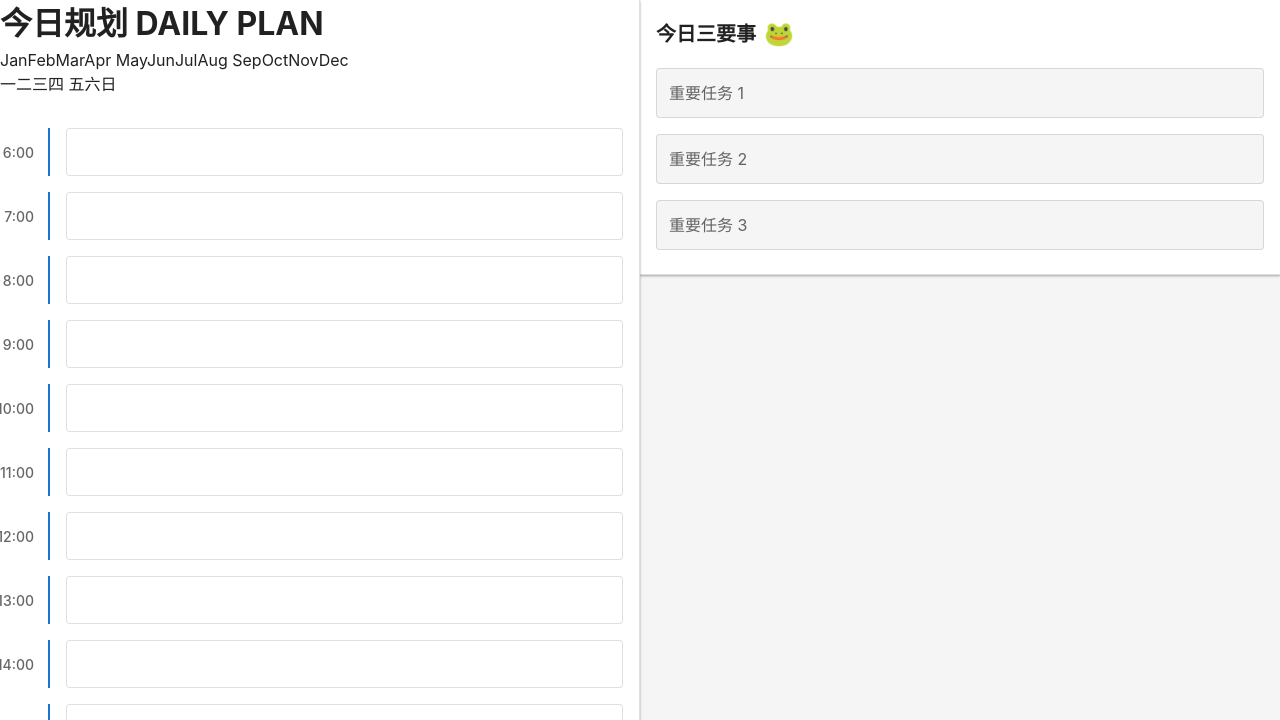
Repository: a6288a/Daily-Planner
Page: index.html
These files come from the project's save history. The page is drawn as it stood at one moment and after the next save; the edit follows.
The browser window is 1280 px wide. The pictures show the whole page.
An inner scrolling area shows only its first screen.

Above is the page before, as saved 2024-12-10 15:56:48.

### index.html
<!DOCTYPE html>
<html lang="zh">
<head>
    <meta charset="UTF-8">
    <meta name="viewport" content="width=device-width, initial-scale=1.0">
    <title>每日规划笔记本</title>
    <link rel="stylesheet" href="styles.css">
</head>
<body>
    <div class="container">
        <!-- 左侧时间轴区域 -->
        <div class="timeline-area">
            <!-- 顶部日期区域 -->
            <div class="date-header">
                <h1 class="page-title">今日规划 DAILY PLAN</h1>
                <div class="calendar">
                    <div class="month-grid">
                        <span>Jan</span><span>Feb</span><span>Mar</span><span>Apr</span>
                        <span>May</span><span>Jun</span><span>Jul</span><span>Aug</span>
                        <span>Sep</span><span>Oct</span><span>Nov</span><span>Dec</span>
                    </div>
                    <div class="weekday-row">
                        <span>一</span><span>二</span><span>三</span><span>四</span>
                        <span>五</span><span>六</span><span>日</span>
                    </div>
                </div>
            </div>
            <div class="timeline-container" id="timeline-container">
                <!-- 时间轴将通过 JS 动态生成 -->
            </div>
        </div>

        <!-- 右侧区域 -->
        <div class="right-area">
            <!-- 三只青蛙区域 -->
            <div class="frogs-area">
                <h2 class="frogs-title">今日三要事 <span class="frog-emoji">🐸</span></h2>
                <div class="frog-tasks">
                    <div class="frog-task" contenteditable="true" data-placeholder="重要任务 1"></div>
                    <div class="frog-task" contenteditable="true" data-placeholder="重要任务 2"></div>
                    <div class="frog-task" contenteditable="true" data-placeholder="重要任务 3"></div>
                </div>
            </div>

            <!-- 自由记录区域 -->
            <div class="free-area" id="free-area">
                <!-- 便签将通过 JS 动态生成 -->
            </div>
        </div>
    </div>
    <script src="script.js"></script>
</body>
</html>

### styles.css
:root {
    /* Material Design 颜色变量 */
    --primary-color: #1976d2;
    --primary-light: #63a4ff;
    --primary-dark: #004ba0;
    --surface-color: #ffffff;
    --background-color: #f5f5f5;
    --text-primary: rgba(0, 0, 0, 0.87);
    --text-secondary: rgba(0, 0, 0, 0.6);
    --border-color: rgba(0, 0, 0, 0.12);

    /* 阴影变量 */
    --shadow-1: 0 1px 3px rgba(0,0,0,0.12), 0 1px 2px rgba(0,0,0,0.24);
    --shadow-2: 0 3px 6px rgba(0,0,0,0.15), 0 2px 4px rgba(0,0,0,0.12);

    /* 间距变量 */
    --spacing-unit: 8px;
}

* {
    margin: 0;
    padding: 0;
    box-sizing: border-box;
}

body {
    font-family: -apple-system, BlinkMacSystemFont, 'Segoe UI', Roboto, Oxygen, Ubuntu, Cantarell, sans-serif;
    color: var(--text-primary);
    background-color: var(--background-color);
    line-height: 1.5;
}

.container {
    display: grid;
    grid-template-columns: 1fr 1fr; /* 左右各占50% */
    min-height: 100vh;
    width: 100%;
    max-width: 2000px; /* 限制最大宽度 */
    margin: 0 auto;
}

/* 时间轴区域样式 */
.timeline-area {
    border-right: 1px solid var(--border-color);
    background: var(--surface-color);
    height: 100vh;
    overflow-y: auto;
    position: relative;
    box-shadow: var(--shadow-1);
}

.timeline-container {
    padding: calc(var(--spacing-unit) * 2);
}

.time-slot {
    border-left: 2px solid var(--primary-color);
    margin: calc(var(--spacing-unit) * 2) 0;
    margin-left: calc(var(--spacing-unit) * 4);
    position: relative;
    transition: all 0.3s ease;
}

.time-label {
    position: absolute;
    left: calc(var(--spacing-unit) * -8);
    top: 50%;
    transform: translateY(-50%);
    font-size: 0.875rem;
    color: var(--text-secondary);
    font-weight: 500;
    width: calc(var(--spacing-unit) * 6);
    text-align: right;
}

.time-content {
    margin-left: calc(var(--spacing-unit) * 2);
    min-height: calc(var(--spacing-unit) * 6);
    border: 1px solid var(--border-color);
    border-radius: 4px;
    padding: var(--spacing-unit);
    background: var(--surface-color);
    cursor: pointer;
    transition: all 0.2s ease;
}

.time-content:hover {
    border-color: var(--primary-color);
    box-shadow: var(--shadow-1);
}

.time-content:focus {
    outline: none;
    border-color: var(--primary-color);
    box-shadow: var(--shadow-2);
}

/* 自由区域样式 */
.free-area {
    flex: 1;
    overflow: auto;
    padding: calc(var(--spacing-unit) * 2);
    position: relative;
}

.note {
    position: absolute;
    min-width: 200px;
    min-height: 120px;
    background: var(--surface-color);
    border-radius: 4px;
    padding: calc(var(--spacing-unit) * 1.5);
    cursor: move;
    box-shadow: var(--shadow-1);
    transition: all 0.2s ease;
}

.note:hover {
    box-shadow: var(--shadow-2);
}

.editable {
    width: 100%;
    height: 100%;
    border: none;
    resize: none;
    font-family: inherit;
    font-size: 0.9375rem;
    color: var(--text-primary);
    background: transparent;
    padding: 0;
}

.editable:focus {
    outline: none;
}

/* 响应式设计 */
@media (max-width: 768px) {
    .container {
        grid-template-columns: 1fr; /* 在小屏幕上堆叠显示 */
    }

    .timeline-area,
    .right-area {
        height: 50vh; /* 上下各占一半 */
    }

    .time-label {
        font-size: 0.75rem;
        left: calc(var(--spacing-unit) * -6);
    }

    .note {
        min-width: 160px;
        min-height: 100px;
    }
}

/* 滚动条美化 */
::-webkit-scrollbar {
    width: 8px;
}

::-webkit-scrollbar-track {
    background: var(--background-color);
}

::-webkit-scrollbar-thumb {
    background: var(--primary-light);
    border-radius: 4px;
}

::-webkit-scrollbar-thumb:hover {
    background: var(--primary-color);
}

/* 修改右侧区域结构 */
.right-area {
    display: flex;
    flex-direction: column;
    height: 100vh;
    background: var(--background-color);
}

/* 三只青蛙区域样式 */
.frogs-area {
    background: var(--surface-color);
    padding: calc(var(--spacing-unit) * 2);
    box-shadow: var(--shadow-1);
    border-bottom: 1px solid var(--border-color);
}

.frogs-title {
    font-size: 1.25rem;
    color: var(--text-primary);
    margin-bottom: calc(var(--spacing-unit) * 2);
    display: flex;
    align-items: center;
    gap: var(--spacing-unit);
}

.frog-emoji {
    font-size: 1.5rem;
}

.frog-tasks {
    display: grid;
    gap: calc(var(--spacing-unit) * 2);
    margin-bottom: var(--spacing-unit);
}

.frog-task {
    position: relative;
    padding: calc(var(--spacing-unit) * 1.5);
    background: var(--background-color);
    border-radius: 4px;
    border: 1px solid var(--border-color);
    min-height: calc(var(--spacing-unit) * 6);
    transition: all 0.2s ease;
}

.frog-task:empty::before {
    content: attr(data-placeholder);
    color: var(--text-secondary);
    position: absolute;
    pointer-events: none;
}

.frog-task:hover {
    border-color: var(--primary-color);
    box-shadow: var(--shadow-1);
}

.frog-task:focus {
    outline: none;
    border-color: var(--primary-color);
    box-shadow: var(--shadow-2);
}

/* 修改自由区域样式 */
.free-area {
    flex: 1;
    overflow: auto;
    padding: calc(var(--spacing-unit) * 2);
    position: relative;
}

/* 响应式设计更新 */
@media (max-width: 768px) {
    .container {
        grid-template-columns: 1fr;
    }

    .timeline-area,
    .right-area {
        height: 50vh;
    }

    .frogs-area {
        padding: var(--spacing-unit);
    }

    .frog-tasks {
        gap: var(--spacing-unit);
    }

    .frog-task {
        padding: var(--spacing-unit);
        min-height: calc(var(--spacing-unit) * 5);
    }
}

### script.js
// 初始化数据
let timelineData = JSON.parse(localStorage.getItem('timelineData')) || {};
let freeNotes = JSON.parse(localStorage.getItem('freeNotes')) || [];
let frogTasks = JSON.parse(localStorage.getItem('frogTasks')) || ['', '', '']; // 三只青蛙任务数据

// 初始化页面
document.addEventListener('DOMContentLoaded', () => {
    initializeTimeline();
    initializeFreeArea();
    initializeFrogTasks();
    loadSavedData();
});

// 初始化时间轴
function initializeTimeline() {
    const container = document.getElementById('timeline-container');

    // 生成6:00-24:00的时间槽
    for (let hour = 6; hour <= 24; hour++) {
        const timeSlot = document.createElement('div');
        timeSlot.className = 'time-slot';

        const timeLabel = document.createElement('div');
        timeLabel.className = 'time-label';
        timeLabel.textContent = `${hour}:00`;

        const timeContent = document.createElement('div');
        timeContent.className = 'time-content';
        timeContent.contentEditable = true;
        timeContent.dataset.hour = hour;

        // 加载保存的数据
        if (timelineData[hour]) {
            timeContent.textContent = timelineData[hour];
        }

        // 保存输入的内容
        timeContent.addEventListener('blur', (e) => {
            const hour = e.target.dataset.hour;
            timelineData[hour] = e.target.textContent;
            saveToLocalStorage();
        });

        // 添加拖拽功能
        timeContent.draggable = true;
        timeContent.addEventListener('dragstart', handleDragStart);
        timeContent.addEventListener('dragover', handleDragOver);
        timeContent.addEventListener('drop', handleDrop);

        timeSlot.appendChild(timeLabel);
        timeSlot.appendChild(timeContent);
        container.appendChild(timeSlot);
    }
}

// 初始化自由区域
function initializeFreeArea() {
    const freeArea = document.getElementById('free-area');

    // 点击空白处添加新便签
    freeArea.addEventListener('dblclick', (e) => {
        if (e.target === freeArea) {
            createNote(e.clientX, e.clientY);
        }
    });
}

// 创建新便签
function createNote(x, y) {
    const note = document.createElement('div');
    note.className = 'note';

    const textarea = document.createElement('textarea');
    textarea.className = 'editable';

    note.style.left = `${x}px`;
    note.style.top = `${y}px`;

    note.appendChild(textarea);
    document.getElementById('free-area').appendChild(note);

    // 使便签可拖动
    makeDraggable(note);

    // 保存便签内容
    textarea.addEventListener('blur', () => {
        const noteData = {
            id: Date.now(),
            content: textarea.value,
            position: {
                x: note.offsetLeft,
                y: note.offsetTop
            }
        };
        freeNotes.push(noteData);
        saveToLocalStorage();
    });
}

// 使元素可拖动
function makeDraggable(element) {
    let pos1 = 0, pos2 = 0, pos3 = 0, pos4 = 0;

    element.onmousedown = dragMouseDown;

    function dragMouseDown(e) {
        e.preventDefault();
        pos3 = e.clientX;
        pos4 = e.clientY;
        document.onmouseup = closeDragElement;
        document.onmousemove = elementDrag;
    }

    function elementDrag(e) {
        e.preventDefault();
        pos1 = pos3 - e.clientX;
        pos2 = pos4 - e.clientY;
        pos3 = e.clientX;
        pos4 = e.clientY;

        element.style.top = (element.offsetTop - pos2) + "px";
        element.style.left = (element.offsetLeft - pos1) + "px";
    }

    function closeDragElement() {
        document.onmouseup = null;
        document.onmousemove = null;
    }
}

// 处理时间轴拖拽
function handleDragStart(e) {
    e.dataTransfer.setData('text/plain', e.target.dataset.hour);
}

function handleDragOver(e) {
    e.preventDefault();
}

function handleDrop(e) {
    e.preventDefault();
    const sourceHour = e.dataTransfer.getData('text/plain');
    const targetHour = e.target.dataset.hour;

    // 交换内容
    const temp = timelineData[sourceHour];
    timelineData[sourceHour] = timelineData[targetHour];
    timelineData[targetHour] = temp;

    // 更新显示
    loadSavedData();
}

// 初始化三只青蛙任务
function initializeFrogTasks() {
    const frogTaskElements = document.querySelectorAll('.frog-task');

    frogTaskElements.forEach((task, index) => {
        // 加载保存的数据
        task.textContent = frogTasks[index] || '';

        // 保存任务内容
        task.addEventListener('blur', (e) => {
            frogTasks[index] = e.target.textContent;
            saveToLocalStorage();
        });

        // 添加键盘事件
        task.addEventListener('keydown', (e) => {
            if (e.key === 'Enter') {
                e.preventDefault();
                task.blur();
            }
        });

        // 添加动画效果
        task.addEventListener('focus', () => {
            task.style.transform = 'scale(1.02)';
        });

        task.addEventListener('blur', () => {
            task.style.transform = 'scale(1)';
        });
    });
}

// 加载保存的数据
function loadSavedData() {
    // 加载时间轴数据
    for (const hour in timelineData) {
        const timeContent = document.querySelector(`[data-hour="${hour}"]`);
        if (timeContent) {
            timeContent.textContent = timelineData[hour];
        }
    }

    // 加载自由区便签
    freeNotes.forEach(note => {
        const noteElement = document.createElement('div');
        noteElement.className = 'note';
        noteElement.style.left = `${note.position.x}px`;
        noteElement.style.top = `${note.position.y}px`;

        const textarea = document.createElement('textarea');
        textarea.className = 'editable';
        textarea.value = note.content;

        noteElement.appendChild(textarea);
        document.getElementById('free-area').appendChild(noteElement);
        makeDraggable(noteElement);
    });

    // 加载青蛙任务
    const frogTaskElements = document.querySelectorAll('.frog-task');
    frogTaskElements.forEach((task, index) => {
        task.textContent = frogTasks[index] || '';
    });
}

// 保存到本地存储
function saveToLocalStorage() {
    localStorage.setItem('timelineData', JSON.stringify(timelineData));
    localStorage.setItem('freeNotes', JSON.stringify(freeNotes));
    localStorage.setItem('frogTasks', JSON.stringify(frogTasks));
}

After the next save:
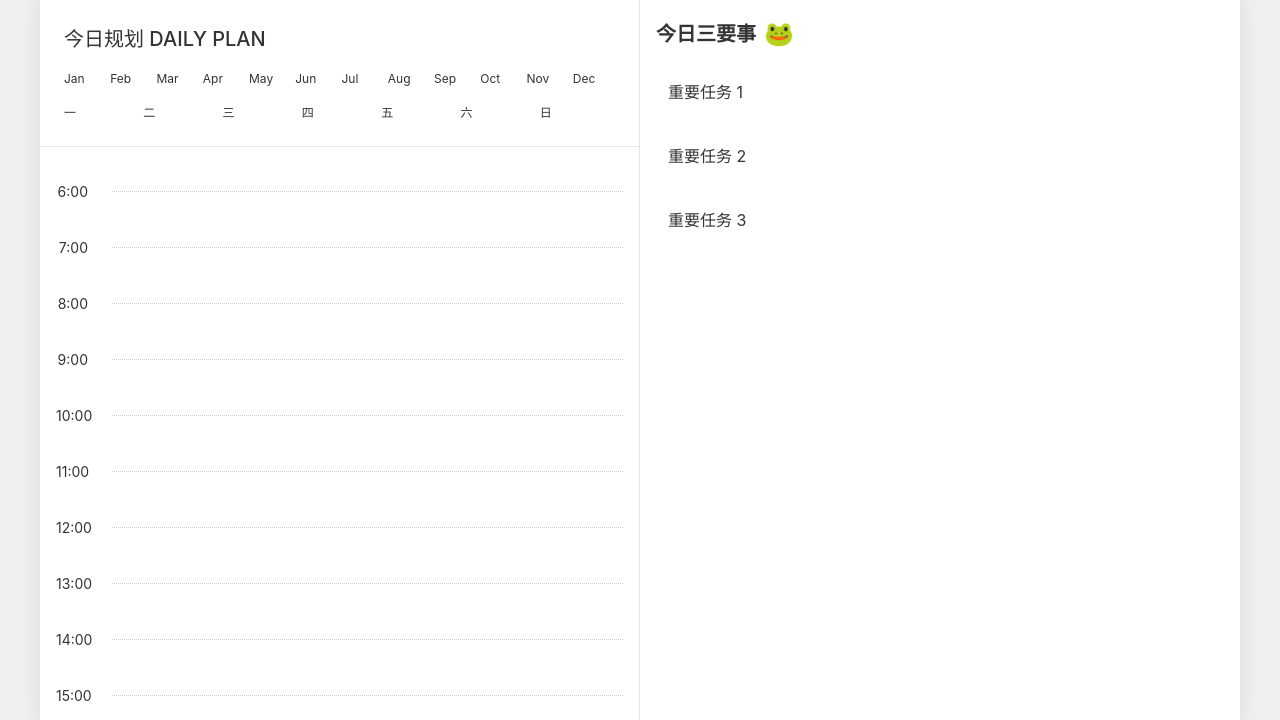
Saved 13 s later.
--- a/styles.css
+++ b/styles.css
@@ -1,20 +1,16 @@
 :root {
-    /* Material Design 颜色变量 */
-    --primary-color: #1976d2;
-    --primary-light: #63a4ff;
-    --primary-dark: #004ba0;
-    --surface-color: #ffffff;
-    --background-color: #f5f5f5;
-    --text-primary: rgba(0, 0, 0, 0.87);
-    --text-secondary: rgba(0, 0, 0, 0.6);
-    --border-color: rgba(0, 0, 0, 0.12);
-
-    /* 阴影变量 */
-    --shadow-1: 0 1px 3px rgba(0,0,0,0.12), 0 1px 2px rgba(0,0,0,0.24);
-    --shadow-2: 0 3px 6px rgba(0,0,0,0.15), 0 2px 4px rgba(0,0,0,0.12);
+    /* 纸张风格颜色变量 */
+    --paper-color: #ffffff;
+    --ink-color: #333333;
+    --dot-color: #cccccc;
+    --line-color: #e5e5e5;
+    --accent-color: #4a90e2;
 
     /* 间距变量 */
     --spacing-unit: 8px;
+
+    /* 字体变量 */
+    --title-font: 'PingFang SC', -apple-system, BlinkMacSystemFont, 'Segoe UI', Roboto, sans-serif;
 }
 
 * {
@@ -24,29 +20,60 @@
 }
 
 body {
-    font-family: -apple-system, BlinkMacSystemFont, 'Segoe UI', Roboto, Oxygen, Ubuntu, Cantarell, sans-serif;
-    color: var(--text-primary);
-    background-color: var(--background-color);
+    font-family: var(--title-font);
+    color: var(--ink-color);
+    background-color: #f0f0f0;
     line-height: 1.5;
 }
 
 .container {
     display: grid;
-    grid-template-columns: 1fr 1fr; /* 左右各占50% */
+    grid-template-columns: 1fr 1fr;
     min-height: 100vh;
     width: 100%;
-    max-width: 2000px; /* 限制最大宽度 */
+    max-width: 1200px;
     margin: 0 auto;
+    background: var(--paper-color);
+    box-shadow: 0 0 20px rgba(0,0,0,0.1);
+}
+
+/* 日期头部样式 */
+.date-header {
+    padding: calc(var(--spacing-unit) * 3);
+    border-bottom: 1px solid var(--line-color);
+}
+
+.page-title {
+    font-size: 1.25rem;
+    font-weight: 500;
+    margin-bottom: calc(var(--spacing-unit) * 2);
+    color: var(--ink-color);
+}
+
+.calendar {
+    font-size: 0.75rem;
+    color: var(--ink-color);
+}
+
+.month-grid {
+    display: grid;
+    grid-template-columns: repeat(12, 1fr);
+    gap: 4px;
+    margin-bottom: calc(var(--spacing-unit) * 2);
+}
+
+.weekday-row {
+    display: grid;
+    grid-template-columns: repeat(7, 1fr);
+    gap: 4px;
 }
 
 /* 时间轴区域样式 */
 .timeline-area {
-    border-right: 1px solid var(--border-color);
-    background: var(--surface-color);
+    border-right: 1px solid var(--line-color);
+    background: var(--paper-color);
     height: 100vh;
     overflow-y: auto;
-    position: relative;
-    box-shadow: var(--shadow-1);
 }
 
 .timeline-container {
@@ -54,45 +81,38 @@ body {
 }
 
 .time-slot {
-    border-left: 2px solid var(--primary-color);
-    margin: calc(var(--spacing-unit) * 2) 0;
-    margin-left: calc(var(--spacing-unit) * 4);
-    position: relative;
-    transition: all 0.3s ease;
+    position: relative;
+    padding: calc(var(--spacing-unit) * 1.5) 0;
+    margin-left: calc(var(--spacing-unit) * 6);
 }
 
 .time-label {
     position: absolute;
-    left: calc(var(--spacing-unit) * -8);
+    left: calc(var(--spacing-unit) * -6);
     top: 50%;
     transform: translateY(-50%);
     font-size: 0.875rem;
-    color: var(--text-secondary);
-    font-weight: 500;
-    width: calc(var(--spacing-unit) * 6);
+    color: var(--ink-color);
+    width: calc(var(--spacing-unit) * 4);
     text-align: right;
 }
 
+/* 点状引导线 */
 .time-content {
-    margin-left: calc(var(--spacing-unit) * 2);
-    min-height: calc(var(--spacing-unit) * 6);
-    border: 1px solid var(--border-color);
-    border-radius: 4px;
-    padding: var(--spacing-unit);
-    background: var(--surface-color);
-    cursor: pointer;
-    transition: all 0.2s ease;
-}
-
-.time-content:hover {
-    border-color: var(--primary-color);
-    box-shadow: var(--shadow-1);
-}
-
-.time-content:focus {
-    outline: none;
-    border-color: var(--primary-color);
-    box-shadow: var(--shadow-2);
+    position: relative;
+    margin-left: calc(var(--spacing-unit) * 3);
+    min-height: calc(var(--spacing-unit) * 3);
+    padding: 4px 0;
+}
+
+.time-content::before {
+    content: '';
+    position: absolute;
+    left: calc(var(--spacing-unit) * -2);
+    right: 0;
+    top: 50%;
+    border-top: 1px dotted var(--dot-color);
+    z-index: 1;
 }
 
 /* 自由区域样式 */
